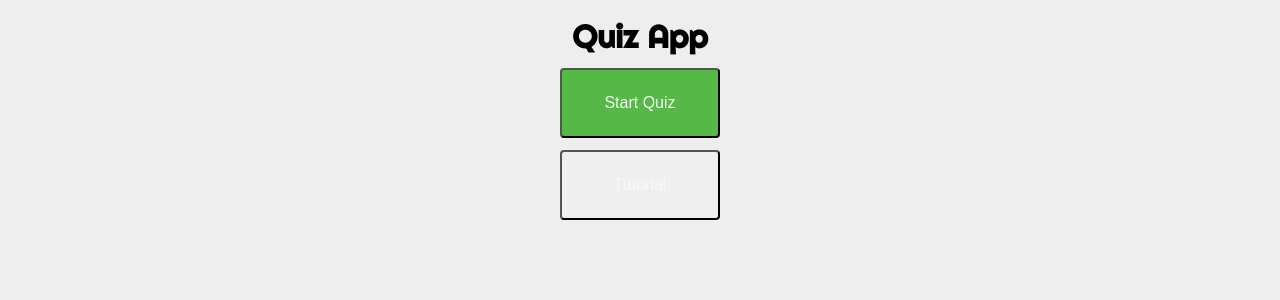
Repository: alemunden/Trash-Scavengers
Page: /QuizBegin
The author's editor kept a copy of each file at every save. The page is drawn from the files as they stood at one save, then again after the next save.
The browser window is 1280 px wide. The pictures show the whole page.
The project was rebuilt for these pictures with package versions that can differ from the ones it lists, and the page was loaded fresh each time. The framework's server and built-in components were replaced by stand-ins that run in the browser. Also part of the build but not shown: next.config.mjs.

Above is the page before, as saved 2024-04-07 19:29:57.

### pages/QuizBegin.js
import styles from "@/styles/QuizBegin.module.css";
import Link from 'next/link'
import Button from "@/components/Button";

export default function QuizBegin() {
  return (
      <main className={styles.main}>
        <link rel="preconnect" href="https://fonts.googleapis.com"/>
        <link rel="preconnect" href="https://fonts.gstatic.com" crossorigin/>
        <link href="https://fonts.googleapis.com/css2?family=Righteous&display=swap" rel="stylesheet"/>
        <div className={styles.items}>
            <h1 className={styles.quizHeader}>Quiz App</h1>
            <Link href='/quiz'>
                <Button buttonText={'Start Quiz'} bgColor="#56B847"/>
            </Link>
            <Button buttonText={'Tutorial'} bgColor="3C8DEE"/>
        </div>
      </main>
  );
}

### styles/globals.css
:root {
  --white: #eee;
  --black: #000925;
}

* {
    box-sizing: border-box;
    padding: 0;
    margin: 0;
}

html, body {
    overflow-x: hidden;
    background-color: var(--white);
}

main {
    padding: 1rem;
}

h3 {
    padding-bottom: 2rem;
    color: #000105;
    font-size: 1.8rem;
}

.btn-disabled {
    background-color: lightgray;
}

li {
    list-style-type: none;
    cursor: pointer;
    margin: 9px 0;
    padding: 16px 8px;
    color: #000105;
    border: 1px solid lightgray;
}

.liHover:hover {
    background-color: #d8d8d8;
    columns: #fff;
}

.liSelected {
    color: #fff;
    background-color: #000925;
}

.container {
    max-width: 740px;
    width: 100%;
    margin: auto;
    padding: 1rem;
}

.quizContainer {
    background-color: #f8f8f8;
    padding: 1rem;
    margin-top: 2rem;
    border-radius: 4px;
}

.container p {
    padding: 8px 0;
}

### styles/QuizBegin.module.css
.main {
    padding: 1rem;
}

.items {
    display: flex;
    flex-direction: column;
    align-items: center;
}

.quizHeader {
    font-family: "Righteous", sans-serif;
}

### components/Button/index.js
import styles from './Button.module.css'

export default function Button({buttonText, bgColor}) {
    return(
        <>
            <button className={styles.button} style={{backgroundColor: bgColor}}>
                {buttonText}
            </button>
        </>
    )
}

### components/Button/Button.module.css
.button {
    padding: 1.5rem;
    border-radius: 2rem;
    width: 10rem;
    margin-top: 12px;
    font-size: 1rem;
    border-radius: 4px;
    color: #f8f8f8;
}

Loaded but not shown: pages/_app.js (common file); pages/_document.js (common file); pages/api/hello.js (common file)

After the next save:
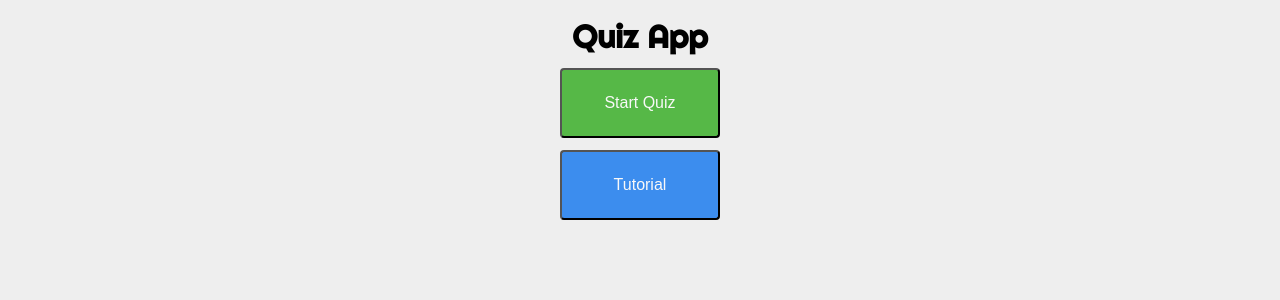
Saved 35 s later.
--- a/pages/QuizBegin.js
+++ b/pages/QuizBegin.js
@@ -13,7 +13,7 @@ export default function QuizBegin() {
             <Link href='/quiz'>
                 <Button buttonText={'Start Quiz'} bgColor="#56B847"/>
             </Link>
-            <Button buttonText={'Tutorial'} bgColor="3C8DEE"/>
+            <Button buttonText={'Tutorial'} bgColor="#3C8DEE"/>
         </div>
       </main>
   );
